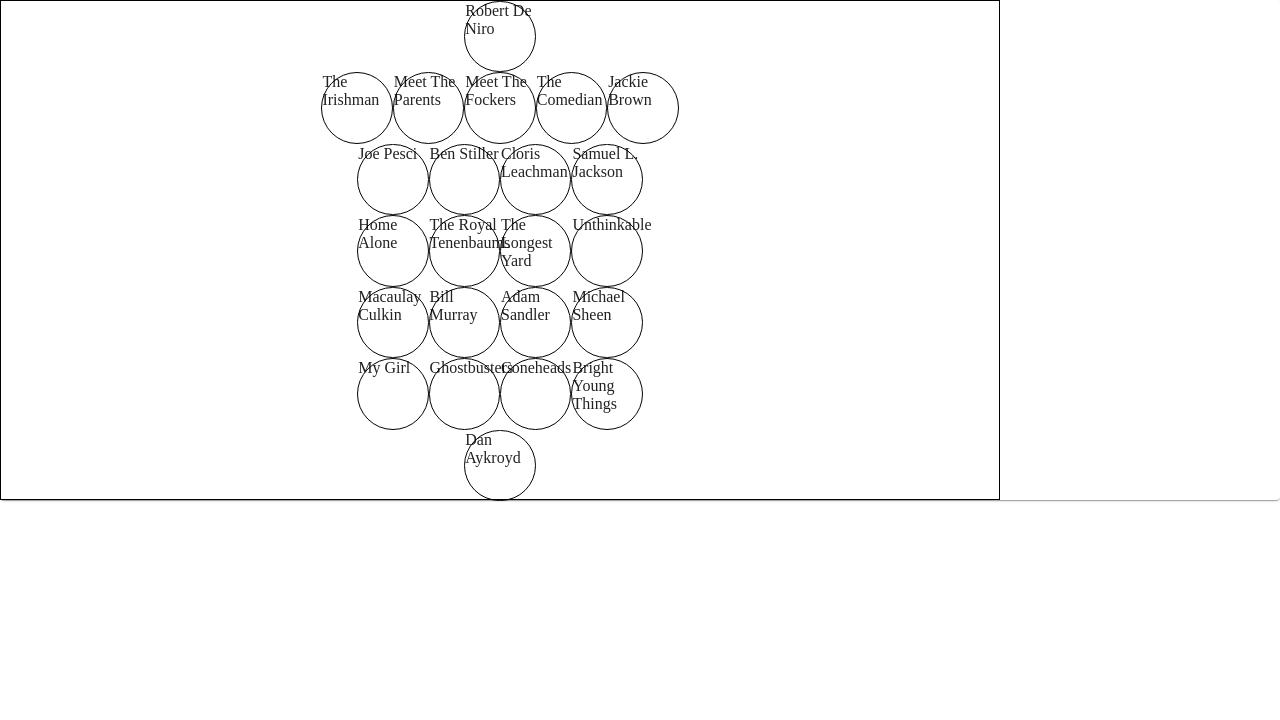
Repository: crittelmeyer/bacon
Page: /
The author's editor kept a copy of each file at every save. The page is drawn from the files as they stood at one save, then again after the next save.
The browser window is 1280 px wide. The pictures show the whole page.
The project was rebuilt for these pictures with package versions that can differ from the ones it lists, and the page was loaded fresh each time. Requests to the local data server were answered from the project's data file. Also part of the build but not shown: src/components/Section.jsx, src/components/Grid.jsx, src/components/Row.jsx, src/utils/getColWidth.js, src/components/Col.jsx, src/components/Headings.jsx, src/containers/RepositoryList.jsx, src/containers/RepositorySection.jsx and 1 more.

Above is the page before, as saved 2019-12-02 15:42:57.

After the next save:
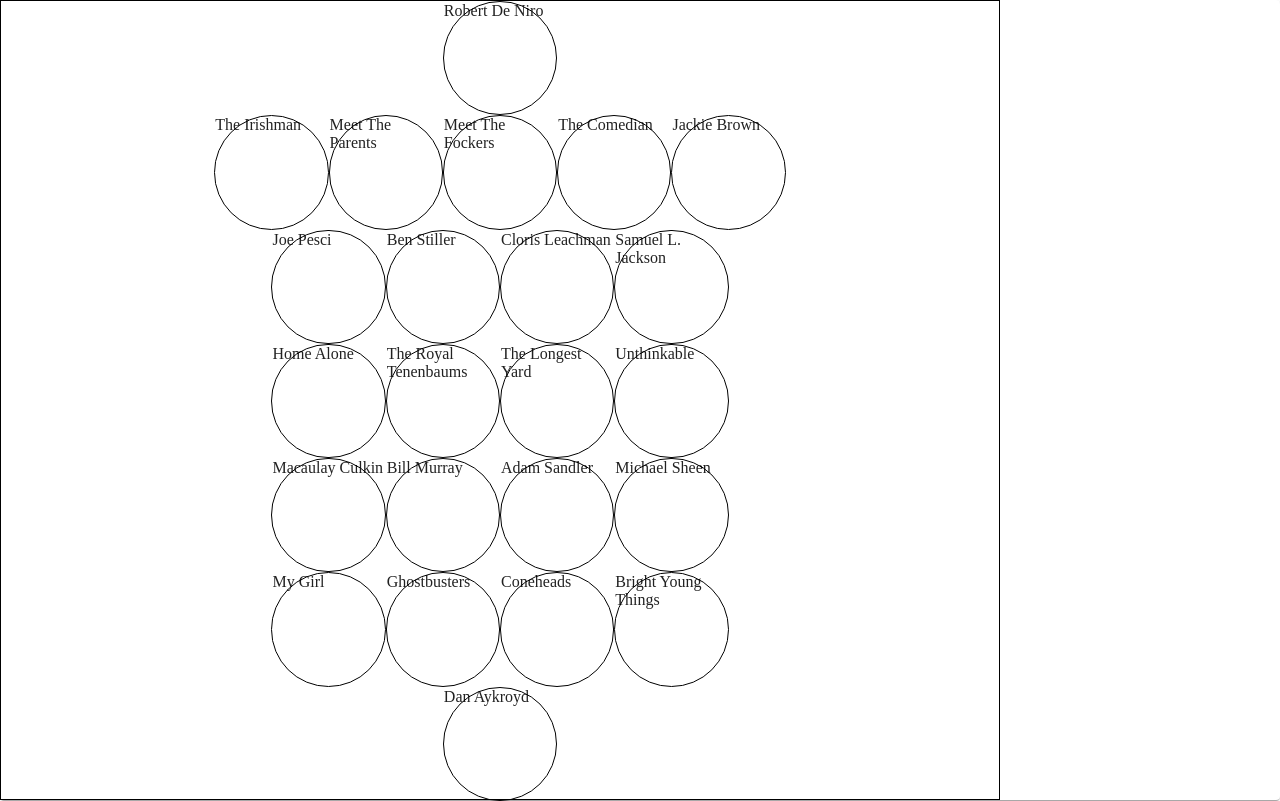
Saved 19 s later.
--- a/src/components/BaconGraph/BaconGraph.jsx
+++ b/src/components/BaconGraph/BaconGraph.jsx
@@ -5,7 +5,7 @@
 import isNil from 'lodash/fp/isNil';
 import map from 'lodash/fp/map';
 
-const GRAPH_HEIGHT = 500;
+const GRAPH_HEIGHT = 800;
 const GRAPH_WIDTH = 1000;
 
 const styles = {
@@ -61,7 +61,7 @@
                   nodeLevel
                 )
               }
-             </div>),
+            </div>),
           nodesGrouped
         )
       }
